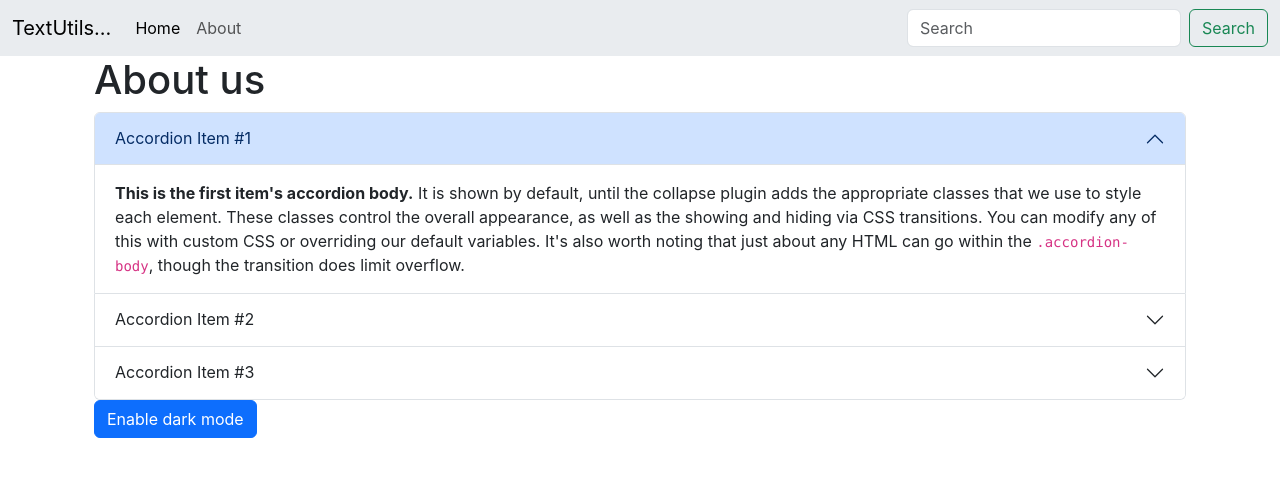
Repository: SujanNagaju/react-demo
Page: /
An editor plug-in stored every save of this project. The page is shown before and after a run of saves, followed by the edit.
The browser window is 1280 px wide. The pictures show the whole page.
The project was rebuilt for these pictures with package versions that can differ from the ones it lists, and the page was loaded fresh each time. Also part of the build but not shown: src/App.css, src/components/TextForm.js.

Above is the page before, as saved 2024-12-29 15:11:29.

After the next 2 saves:
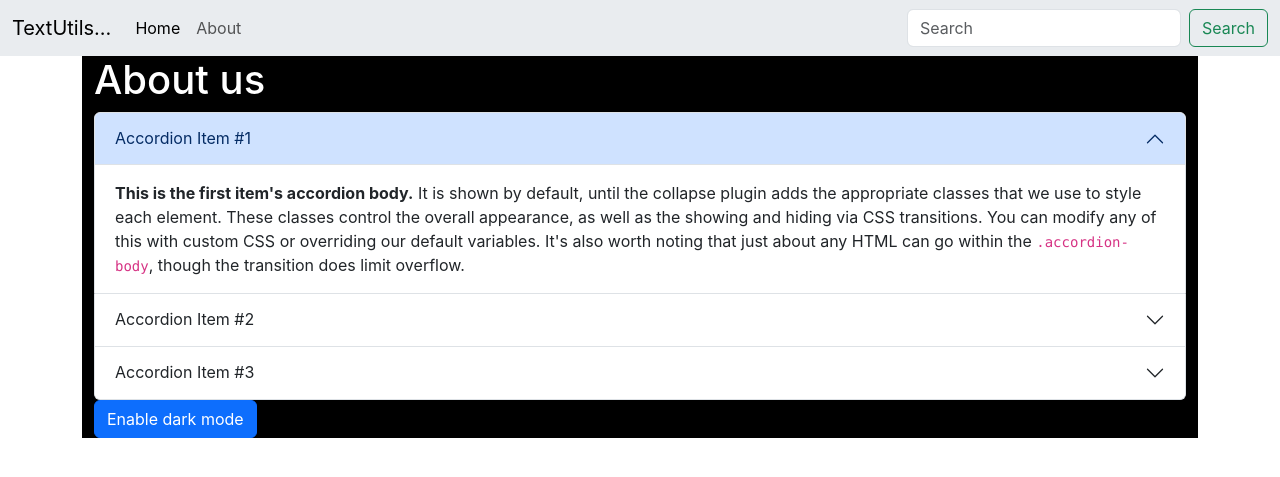
The 2 saves are shown as one change because they came seconds apart.
The last was saved 20 s later.
--- a/src/components/About.js
+++ b/src/components/About.js
@@ -1,13 +1,13 @@
 import React from 'react'
 
 export default function About(props) {
-    let style = {
+    let myStyle = {
         color: 'white',
         backgroundColor: 'black',
     }
 
     return (
-        <div className="container">
+        <div className="container" style={myStyle}>
             <h1>{props.title}</h1>
             <div className="accordion" id="accordionExample">
                 <div className="accordion-item">
